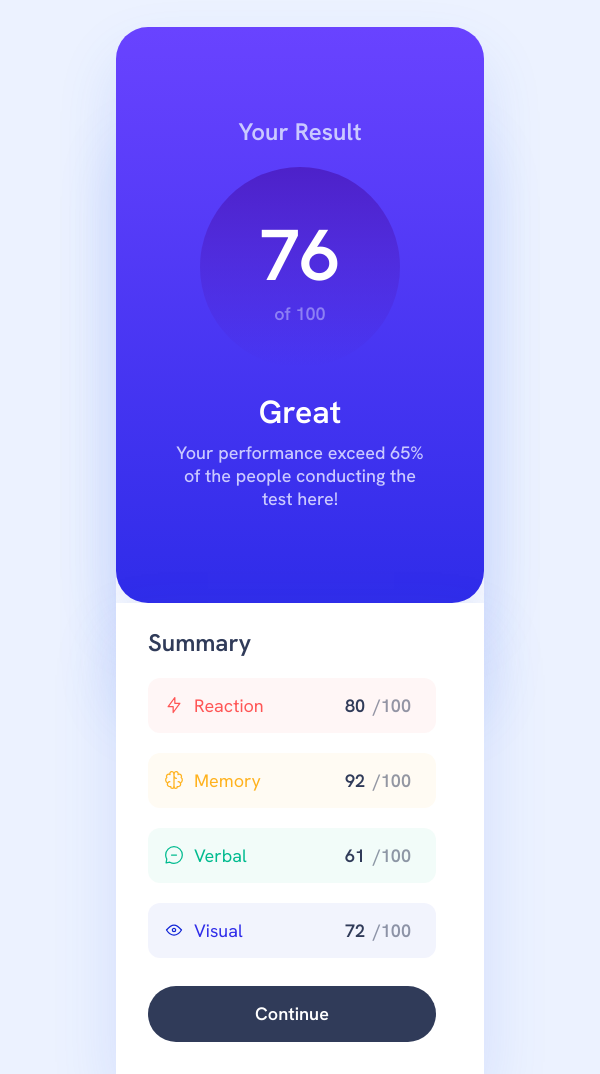
Repository: KamoliddinGIT/result-summary
Page: index.html
An editor plug-in stored every save of this project. The page is shown before and after the next save, followed by the edit.
The browser window is 600 px wide. The pictures show the whole page.

Above is the page before, as saved 2023-09-08 17:24:09.

### index.html
<!DOCTYPE html>
<html lang="en">
  <head>
    <meta charset="UTF-8" />
    <meta name="viewport" content="width=device-width, initial-scale=1.0" />
    <link
      rel="icon"
      type="image/png"
      sizes="32x32"
      href="./assets/images/favicon-32x32.png"
    />
    <link rel="stylesheet" href="css/style.css" />
    <link rel="preconnect" href="https://fonts.googleapis.com" />
    <link rel="preconnect" href="https://fonts.gstatic.com" crossorigin />
    <link
      href="https://fonts.googleapis.com/css2?family=Hanken+Grotesk:wght@400;500;600&display=swap"
      rel="stylesheet"
    />
    <title>Results summary component</title>
  </head>
  <body>
    <div class="container">
      <div class="result-box">
        <h1 class="result__heading">Your Result</h1>
        <div class="result__score">
          <h1>76</h1>
          <span>of 100</span>
        </div>
        <div class="result__comment">
          <h1>Great</h1>
          <p>
            Your performance exceed 65% of the people conducting the test here!
          </p>
        </div>
      </div>
      <div class="summary-box">
        <h1 class="summary__title">Summary</h1>
        <div class="summary__stats">
          <li class="summary__stats__item__1">
            <img src="./assets/images/icon-reaction.svg" alt="logo" />
            <h2>Reaction</h2>
            <h3>80<span>/100</span></h3>
          </li>
          <li class="summary__stats__item__2">
            <img src="./assets/images/icon-memory.svg" alt="logo" />
            <h2>Memory</h2>
            <h3>92<span>/100</span></h3>
          </li>
          <li class="summary__stats__item__3">
            <img src="./assets/images/icon-verbal.svg" alt="logo" />
            <h2>Verbal</h2>
            <h3>61<span>/100</span></h3>
          </li>
          <li class="summary__stats__item__4">
            <img src="/assets/images/icon-visual.svg" alt="logo" />
            <h2>Visual</h2>
            <h3>72<span>/100</span></h3>
          </li>
        </div>
        <a href="#" class="summary__btn"> Continue </a>
      </div>
    </div>

    <script src="js/index.js"></script>
  </body>
</html>

### css/style.css
* {
  margin: 0;
  padding: 0;
  box-sizing: border-box;
}

body {
  display: flex;
  flex-direction: column;
  justify-content: center;
  align-items: center;
  height: 100vh;
  flex-direction: column;
  padding: 0;
  margin: 0;
  font-family: "Hanken Grotesk", "Arial", sans-serif;
  font-size: 18px;
  font-weight: 500;
  line-height: normal;
  background-color: #ecf2ff;
  color: #303b59;
}

.container {
  width: 47%;
  max-width: 1200px;
  display: flex;
  justify-content: center;
  align-items: center;
  height: 72%;
  background-color: #ffffff;
  box-shadow: 0px 30px 60px 0px rgba(61, 108, 236, 0.15);
  border-radius: 32px;
}

.result-box {
  width: 50%;
  max-width: 368px;
  min-height: 100%;
  border-radius: 32px;
  box-shadow: 0px 30px 60px 0px rgba(61, 108, 236, 0.15);
  background-image: linear-gradient(
    180deg,
    #75f 0%,
    #6943ff 0.01%,
    #2f2ce9 100%
  );
  padding: 24px 56px 40px;
  color: #cac9ff;
  box-shadow: 0px 30px 60px 0px rgba(61, 108, 236, 0.15);
  display: flex;
  flex-direction: column;
  align-items: center;
  justify-content: center;
  font-family: "Hanken Grotesk", "Arial", sans-serif;
  /* gap: 30px; */
}

.summary-box {
  display: flex;
  flex-direction: column;
  align-items: start;
  /* padding-left: 40px;s */
  justify-content: space-evenly;
  background: #fff;
  width: 50%;
  height: 100%;
  border-radius: 0 25px 25px 0;
  padding: 24px 32px 32px;
  box-shadow: 0px 30px 60px 0px rgba(61, 108, 236, 0.15);
}

.result__heading {
  margin-bottom: 20px;
  font-size: 24px;
}

.result__score {
  display: flex;
  flex-direction: column;
  justify-content: center;
  align-items: center;
  width: 200px;
  height: 200px;
  border-radius: 50%;
  background-image: linear-gradient(
    180deg,
    #4d21c9 0%,
    rgba(37, 33, 201, 0) 100%,
    rgba(37, 33, 201, 0) 100%
  );
}

.result__score h1 {
  font-size: 72px;
  color: #ffffff;
}

.result__score span {
  color: #cac9ff;
  font-weight: 700;
  opacity: 0.5168;
  font-size: 18px;
}

.result__comment {
  margin-top: 20px;
  display: flex;
  justify-content: space-around;
  align-items: center;
  flex-direction: column;
  text-align: center;
  width: 260px;
  height: 127px;
}

.result__comment h1 {
  font-size: 32px;
  color: #ffffff;
}

.result__comment p {
  font-size: 18px;
  color: #cac9ff;
  font-weight: 500;
  line-height: normal;
}

.summary__title {
  color: #303b59;
  font-size: 24px;
  font-weight: bold;
}

.summary__stats {
  width: 288px;
  height: 278px;
  display: flex;
  flex-direction: column;
  align-items: start;
  list-style-type: none;
}

li {
  margin-top: 20px;
}

.summary__stats__item__1 {
  width: 100%;
  display: flex;
  gap: 10px;
  align-items: center;
  height: 56px;
  padding: 16px;
  background: rgba(255, 85, 85, 0.05);
  border-radius: 12px;
}

.summary__stats__item__1 h2 {
  width: 141px;
  font-size: 18px;
  color: #f55;
  font-weight: normal;
}

.summary__stats__item__1 h3 span {
  opacity: 0.5168;
  font-weight: bold;
  color: rgba(48, 59, 89, 0.5);
  font-size: 18px;
  color: #303b59;
  margin-left: 8px;
}

.summary__stats__item__1 h3 {
  color: #303b59;
  font-weight: bold;
  font-size: 18px;
}

.summary__stats__item__2 {
  width: 100%;
  display: flex;
  gap: 10px;
  align-items: center;
  height: 56px;
  padding: 16px;
  background: rgba(255, 178, 30, 0.05);
  border-radius: 12px;
}

.summary__stats__item__2 h2 {
  width: 141px;
  font-size: 18px;
  color: #ffb21e;
  font-weight: normal;
}

.summary__stats__item__2 h3 span {
  opacity: 0.5168;
  font-weight: bold;
  color: rgba(48, 59, 89, 0.5);
  font-size: 18px;
  color: #303b59;
  margin-left: 8px;
}

.summary__stats__item__2 h3 {
  color: #303b59;
  font-weight: bold;
  font-size: 18px;
}

.summary__stats__item__3 {
  width: 100%;
  display: flex;
  gap: 10px;
  align-items: center;
  height: 56px;
  padding: 16px;
  background: rgba(0, 187, 143, 0.05);
  border-radius: 12px;
}

.summary__stats__item__3 h2 {
  font-size: 18px;
  color: #00bb8f;
  font-weight: normal;
  width: 141px;
}

.summary__stats__item__3 h3 span {
  opacity: 0.5168;
  font-weight: bold;
  color: rgba(48, 59, 89, 0.5);
  font-size: 18px;
  color: #303b59;
  margin-left: 8px;
}

.summary__stats__item__3 h3 {
  color: #303b59;
  font-weight: bold;
  font-size: 18px;
}

.summary__stats__item__4 {
  width: 100%;
  display: flex;
  gap: 10px;
  align-items: center;
  height: 56px;
  padding: 16px;
  background: rgba(17, 37, 214, 0.05);
  border-radius: 12px;
}

.summary__stats__item__4 h2 {
  width: 141px;
  font-size: 18px;
  color: #2f2ce9;
  font-weight: normal;
}

.summary__stats__item__4 h3 span {
  opacity: 0.5168;
  font-weight: bold;
  color: rgba(48, 59, 89, 0.5);
  font-size: 18px;
  color: #303b59;
  margin-left: 8px;
}

.summary__stats__item__4 h3 {
  color: #303b59;
  font-weight: bold;
  font-size: 18px;
}

.summary__btn {
  margin-top: 50px;
  padding: 20px;
  width: 288px;
  height: 56px;
  border-radius: 128px;
  background: #303b59;
  display: flex;
  justify-content: center;
  align-items: center;
  text-decoration: none;
  color: white;
  font-weight: bold;
}

.summary__btn:hover {
  background: linear-gradient(180deg, #75f 0%, #6943ff 0.01%, #2f2ce9 100%);
  content: "";
  transition: opacity ease 0.3s;
}

.summary__btn:active {
  outline: 2px solid white;
  border: 2px solid white;
}

/* media */

@media only screen and (max-width: 740px) {
  /* body {
    padding: 50px;
    align-items: center;
  } */

  .container {
    flex-direction: column;
    width: 100%;
    max-width: 368px;
  }

  .result-box {
    padding: 15px;
    width: 100%;
    margin-top: 350px;
    max-width: 100%;
    box-shadow: 0px 30px 60px 0px rgba(61, 108, 236, 0.15);
  }

  .summary-box {
    /* margin-top: 350px; */
    margin-bottom: 50px;
    border-radius: 0;
    background: #fff;
    width: 100%;
    max-width: 100%;
    height: 507px;
  }
}

@media (min-width: 740px) {
  .container {
    max-width: 1400px;
    height: 500px;
  }
  .result-box {
    width: 100%;
    max-width: 100%;
  }
  .summary-box {
    width: 100%;
    max-width: 100%;
  }
}

### js/index.js
"use strict";

const data = [
  {
    category: "Reaction",
    score: 80,
    icon: "img/icon-reaction.svg",
  },
  {
    category: "Memory",
    score: 92,
    icon: "img/icon-memory.svg",
  },
  {
    category: "Verbal",
    score: 61,
    icon: "img/icon-verbal.svg",
  },
  {
    category: "Visual",
    score: 72,
    icon: "img/icon-visual.svg",
  },
];

After the next save:
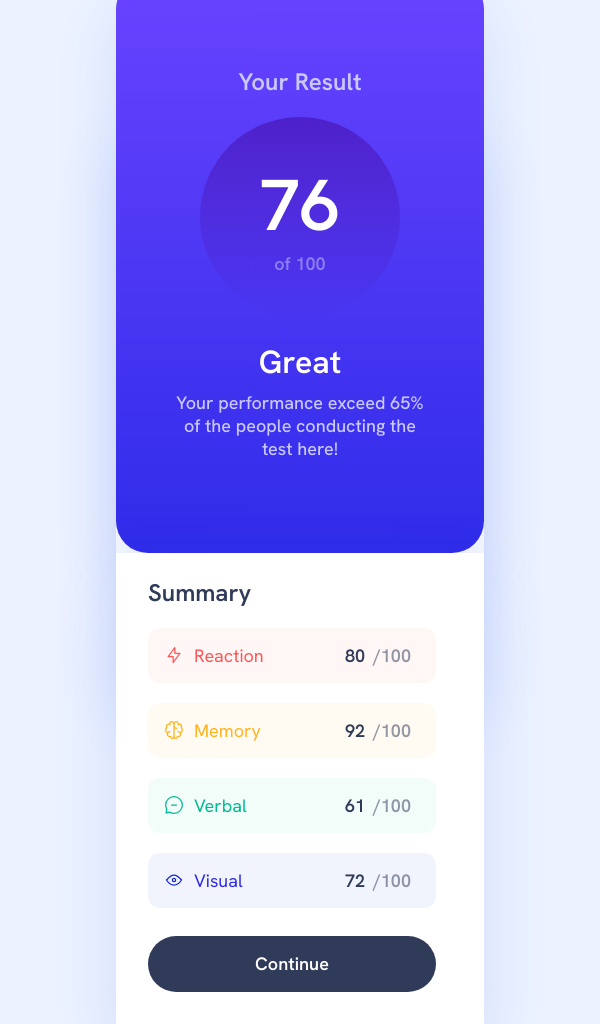
Saved 7 s later.
--- a/css/style.css
+++ b/css/style.css
@@ -327,7 +327,7 @@ li {
 
   .summary-box {
     /* margin-top: 350px; */
-    margin-bottom: 50px;
+    margin-bottom: 150px;
     border-radius: 0;
     background: #fff;
     width: 100%;
